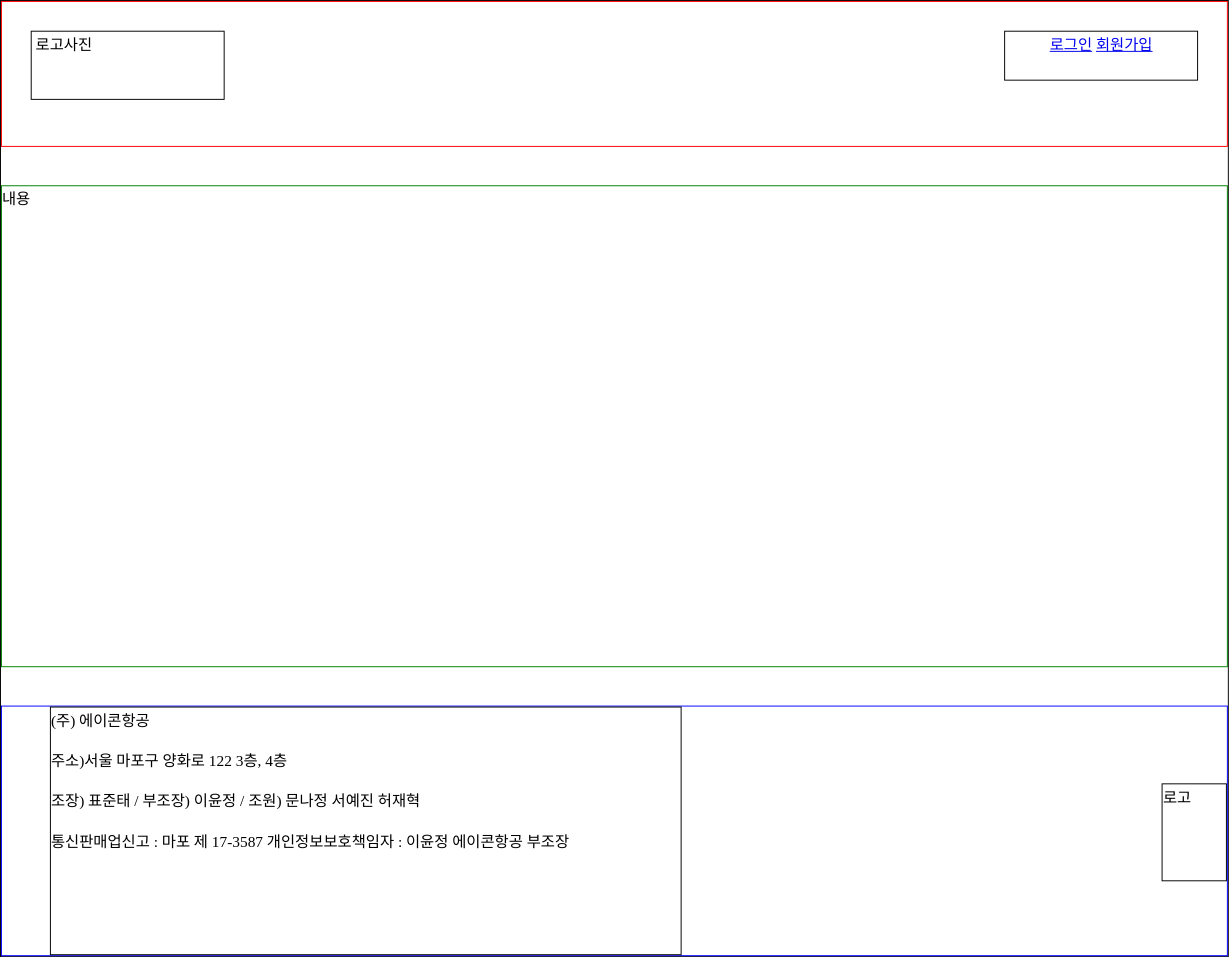
Repository: juntae710/Acorn_AirlineReservation_Project
Page: http://localhost/prj3_1/WEB-INF/views/h_index.jsp
An editor plug-in stored every save of this project. The page is shown before and after the next save, followed by the edit.
The browser window is 1280 px wide. The pictures show the whole page, at 96% of full size.
The page is served by Tomcat 9. Nobody is signed in. Other server files are loaded and not shown. The template is opened directly, without the code that normally fills it, so the values that code supplies are empty.

Above is the page before, as saved 2023-09-20 01:18:45.

### Eclipse/prj3_1/src/main/webapp/WEB-INF/views/h_index.jsp
<%@ page language="java" contentType="text/html; charset=UTF-8" pageEncoding="UTF-8"%>
<!DOCTYPE html>
<html>
<head>
<meta charset="UTF-8">
<title>Insert title here</title>
<style>
* {
	margin: 0;
}

main {
	border: 1px solid black;
}

header {
	border: 1px solid red;
	height: 150px;
	display: flex;
	position: relative;
}

.headerimg {
	width: 200px;
	height: 70px;
	border: 1px solid black;
	position: absolute;
	left: 30px;
	top: 30px;
}

.headerAtag {
	width: 200px;
	height: 50px;
	border: 1px solid black;
	position: absolute;
	right: 30px;
	top: 30px;
	text-align: center;
}

section {
	border: 1px solid green;
	height: 500px;
	margin-top: 40px;
}

footer {
	border: 1px solid blue;
	height: 259px;
	margin-top: 40px;
	margin-bottom: 0px;
	display: flex;
}


.footer_info{
border: 1px solid black;
margin-left: 50px;
width: 1000px;


}
.footer_img{
border: 1px solid black;
width: 100px;
height: 100px;
margin-left: 500px;
margin-top: 80px;
}
</style>
</head>
<body>
	<main>
		<header>
			<div class="headerimg">
				<img src="" alt=""> 로고사진
			</div>

			<%
			String id = (String) session.getAttribute("id");
			%>

			<div class="headerAtag">
				<%
				if (id == null) {
				%>
				<a href="<%=request.getContextPath()%>/h_login">로그인</a>
				<%
				%>
				<a href="<%=request.getContextPath()%>/l_join">회원가입</a>
				<%
				} else {
				%>
				<p>아이디: <%=id%>님 </p>
				<a href="<%=request.getContextPath()%>/h_logOut">로그아웃</a>
				<a href="<%=request.getContextPath()%>/UUA.do">마이페이지</a>

				<%
				}
				%>
			</div>

		</header>

		<section>내용</section>



		<footer>
		<div class="footer_info">(주) 에이콘항공 <br><br>
			 주소)서울 마포구 양화로 122 3층, 4층 <br><br>
			조장) 표준태 / 부조장) 이윤정 / 조원) 문나정 서예진 허재혁 <br><br>
			통신판매업신고 : 마포 제 17-3587 개인정보보호책임자 : 이윤정 에이콘항공 부조장
		 </div>
		<div class="footer_img"><img alt="" src="">로고</div>
		</footer>
	</main>
</body>
</html>

After the next save:
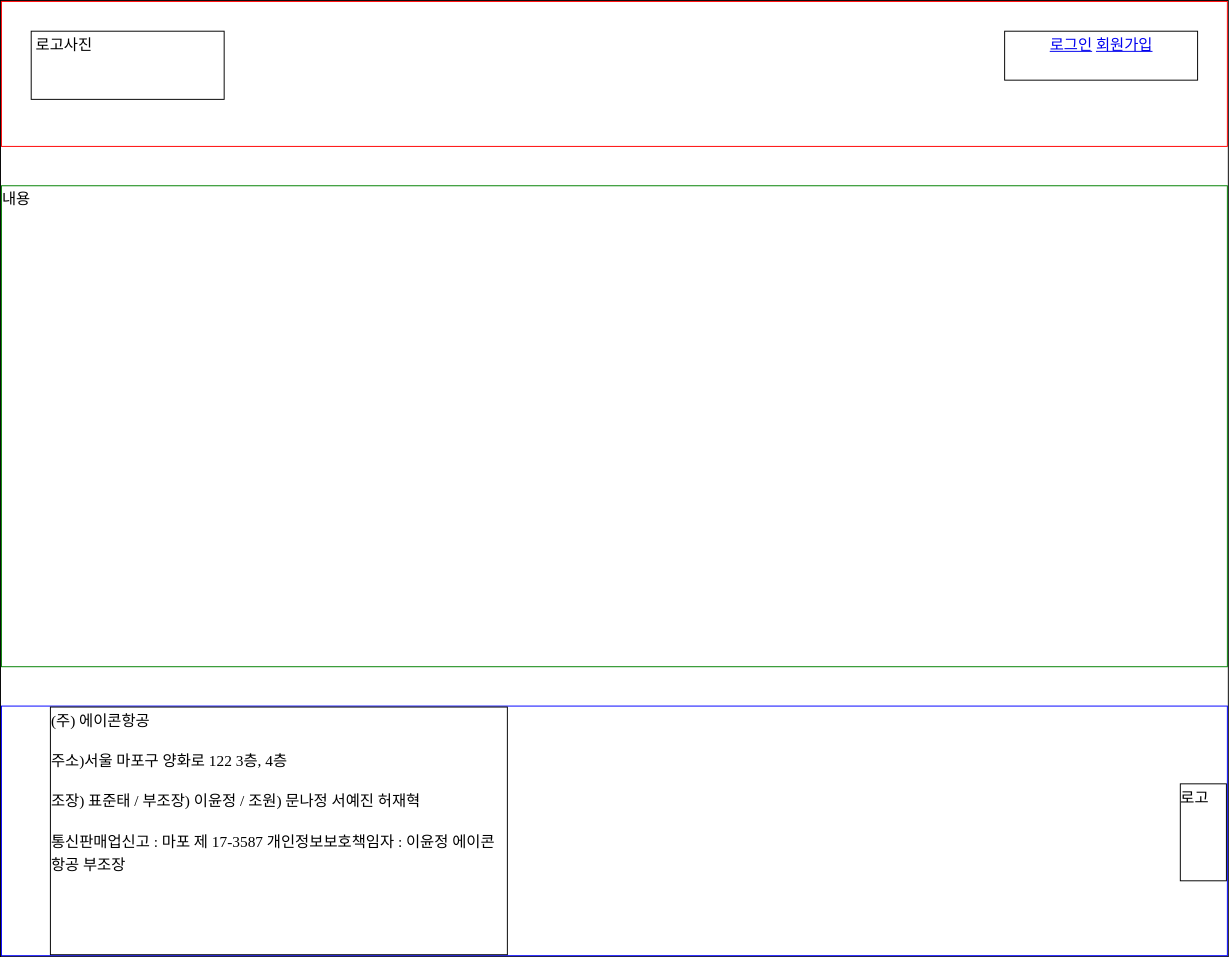
Saved 7 s later.
--- a/Eclipse/prj3_1/src/main/webapp/WEB-INF/views/h_index.jsp
+++ b/Eclipse/prj3_1/src/main/webapp/WEB-INF/views/h_index.jsp
@@ -65,7 +65,7 @@ width: 1000px;
 border: 1px solid black;
 width: 100px;
 height: 100px;
-margin-left: 500px;
+margin-left: 700px;
 margin-top: 80px;
 }
 </style>
